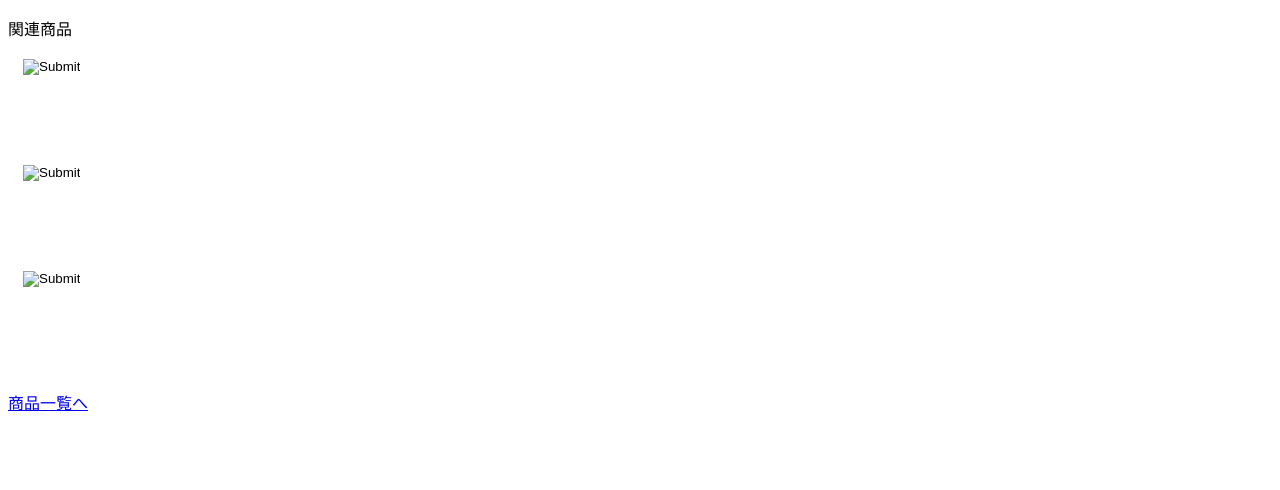
Repository: a4b3c2d1/backup
Page: http://localhost/sagaone-master/itemDetail.jsp
These files come from the project's save history. The page is drawn as it stood at one moment and after the next save; the edit follows.
The browser window is 1280 px wide. The pictures show the whole page.
The page is served by Tomcat 9.

Above is the page before, as saved 2018-01-14 11:20:28.

After the next save:
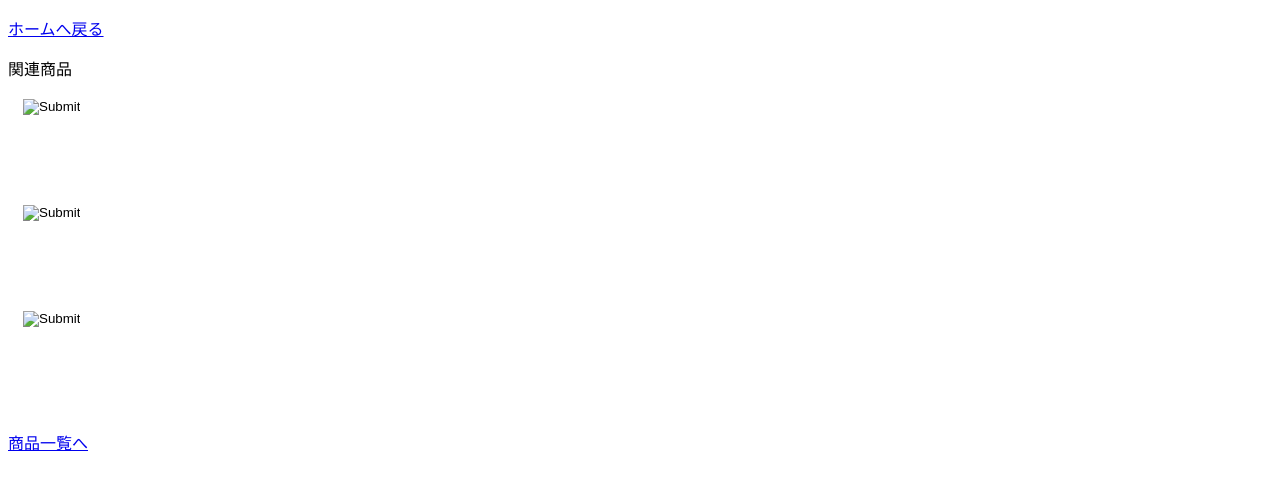
Saved 3 min 17 s later.
--- a/sagaone-master/WebContent/itemDetail.jsp
+++ b/sagaone-master/WebContent/itemDetail.jsp
@@ -57,7 +57,7 @@
 			</s:form>
 		</s:iterator>
 	<s:if test="	loginpage  !=''">
-		<s:property value="	loginpage " escape="false" />
+		<s:a href="LoginAction">ホームへ戻る</s:a>
 
 	</s:if>
 
